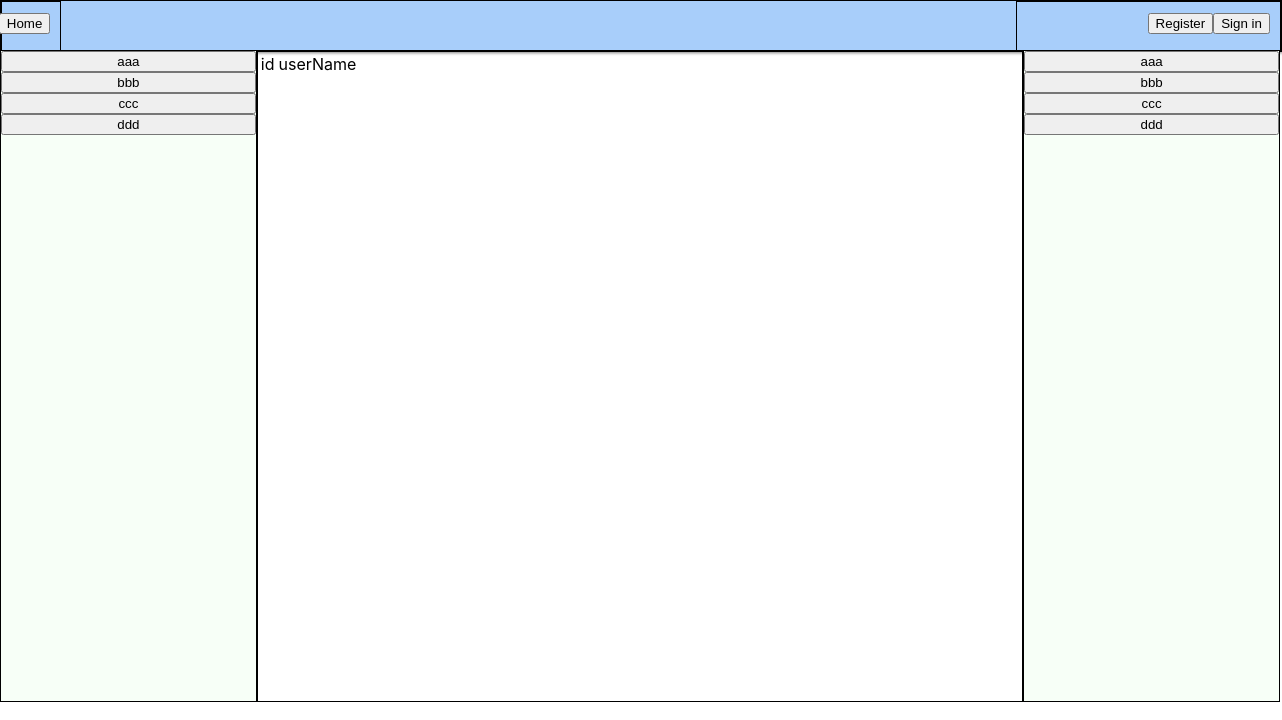
Repository: MichaelSodovski/website-client
Page: /users
An editor plug-in stored every save of this project. The page is shown before and after the next save, followed by the edit.
The browser window is 1280 px wide. The page is 1282 px wide, so the pictures cover 1282 px, including what lies to the right of the window. The pictures show the whole page.
The page's requests for data from a server got no answer. The project was rebuilt for these pictures with package versions that can differ from the ones it lists, and the page was loaded fresh each time. No one was signed in, and anything a server would have sent is missing. Also part of the build but not shown: src/components/home/home.component.jsx, src/components/register/register.component.css, src/components/payment-info/payment.component.css, src/components/payment-info/payment.component.js, src/components/register/register.component.jsx, src/components/signIn/signIn.component.css, src/components/signIn/signIn.component.jsx.

Above is the page before, as saved 2022-05-14 22:14:52.

### public/index.html
<!DOCTYPE html>
<html lang="en">

<head>
    <meta charset="utf-8" />
    <link rel="icon" href="%PUBLIC_URL%/favicon.ico" />
    <meta name="viewport" content="width=device-width, initial-scale=1" />
    <meta name="theme-color" content="#000000" />
    <meta name="description" content="Web site created using create-react-app" />
    <link rel="apple-touch-icon" href="%PUBLIC_URL%/logo192.png" />
    <!--
      manifest.json provides metadata used when your web app is installed on a
      user's mobile device or desktop. See https://developers.google.com/web/fundamentals/web-app-manifest/
    -->
    <link rel="manifest" href="%PUBLIC_URL%/manifest.json" />
    <!--
      Notice the use of %PUBLIC_URL% in the tags above.
      It will be replaced with the URL of the `public` folder during the build.
      Only files inside the `public` folder can be referenced from the HTML.

      Unlike "/favicon.ico" or "favicon.ico", "%PUBLIC_URL%/favicon.ico" will
      work correctly both with client-side routing and a non-root public URL.
      Learn how to configure a non-root public URL by running `npm run build`.
    -->
    <title> site </title>
</head>

<body>
    <noscript>You need to enable JavaScript to run this app.</noscript>
    <div id="root"></div>
    <!--
      This HTML file is a template.
      If you open it directly in the browser, you will see an empty page.

      You can add webfonts, meta tags, or analytics to this file.
      The build step will place the bundled scripts into the <body> tag.

      To begin the development, run `npm start` or `yarn start`.
      To create a production bundle, use `npm run build` or `yarn build`.
    -->
</body>

</html>

### src/index.js
import React from 'react';
import ReactDOM from 'react-dom';
import './index.css';
import App from './App';
import reportWebVitals from './reportWebVitals';
import { BrowserRouter } from 'react-router-dom';

ReactDOM.render(
    <BrowserRouter>
        <React.StrictMode>
            <App />
        </React.StrictMode>
    </BrowserRouter>,
    document.getElementById('root')
);

// If you want to start measuring performance in your app, pass a function
// to log results (for example: reportWebVitals(console.log))
// or send to an analytics endpoint. Learn more: https://bit.ly/CRA-vitals
reportWebVitals();

### src/App.js
import './App.css';
import React from "react";
import { Route, Switch } from 'react-router-dom';
import Home from '../src/components/home/home.component'
import Menu from '../src/components/menu/menu.component';
import Register from '../src/components/register/register.component';
import NavigationBar from '../src/components/navigationBar/navigationBar.component';
import SignIn from '../src/components/signIn/signIn.component'
import Users from '../src/components/users/users.component'

export default function App() {
    return (
        <div className="App">
            <header className="App-header">
                <NavigationBar></NavigationBar>
            </header>
            <div className="layout-flexbox-container">
                <aside className="App-right-side_menu">
                    <Menu></Menu>
                </aside>
                <main className="App-main">
                    <Switch>
                        <Route path="/home">
                            <Home></Home>
                        </Route>
                        <Route path="/register">
                            <Register></Register>
                        </Route>
                        <Route path="/signin">
                            <SignIn></SignIn>
                        </Route>
                        <Route path="/users">
                            <Users></Users>
                        </Route>
                    </Switch>
                </main>
                <aside className="App-left-side_menu">
                    <Menu></Menu>
                </aside>
            </div>
        </div>
    );
}

### src/App.css
.App {
    display: flex;
    flex-direction: column;
}

.App-header {
    width: 100%;
    box-shadow: 3px 3px 3px grey;
    height: 50px;
}

.layout-flexbox-container {
    display: flex;
    flex-direction: row;
    width: 100%;
    height: 100%;
}

.App-main {
    border: 0.01px black solid;
    height: 650px;
    width: 100px;
    flex: 3;
}

.App-left-side_menu {
    display: flex;
    flex-direction: column;
    background-color: #F7FFF7;
    border: 0.01px black solid;
    height: 650px;
    flex: 1;
}

.App-right-side_menu {
    background-color: #F7FFF7;
    border: 0.01px black solid;
    height: 650px;
    flex: 1;
}

### src/components/menu/menu.component.jsx
import '../menu/menu.component.css';

export default function Menu() {

    return (
        <div className="menu-flex-container">
            <button> aaa </button>
            <button> bbb </button>
            <button> ccc </button>
            <button> ddd </button>
        </div>
    );
}

### src/components/navigationBar/navigationBar.component.jsx
import React from 'react';
import '../navigationBar/navigationBar.component.css'
import { Link } from 'react-router-dom';

export default function NavigationBar() {


    return (
        <div className="navBar-main-container">
            <div className="navigationBar-right-form-container">
                <Link to="/home">
                    <button >Home</button>
                </Link>
            </div>
            <div className="navigationBar-left-form-container">
                <Link to="/register">
                    <button>Register</button>
                </Link>
                <Link to="/signin">
                    <button>Sign in</button>
                </Link>
            </div>
        </div>
    );
}

### src/components/users/users.component.jsx
import React from 'react';
import { useEffect, useState } from 'react';

export default function Users() {

    useEffect(() => {
        let usersArr = [];
        fetch('/getUSers').then(response => response.json())
            .then(users => {
                for (var i in users) {
                    usersArr.push(users[i]);
                }
            });
        console.log(usersArr);
    }, [])

    return (
        <div>
            <table>
                <tr>
                    <td>
                        id
                    </td>
                    <td>
                    userName
                    </td>
                </tr>
            </table>
        </div>
    );
}

### src/components/menu/menu.component.css
.menu-flex-container {
    display: flex;
    flex-direction: column;
}

### src/components/navigationBar/navigationBar.component.css
.navBar-main-container {
    display: flex;
    justify-content:space-between;
    border: 1px black solid;
    width: 100%;
    height: 100%;
    background-color: rgb(168, 206, 250);
}

.navigationBar-left-form-container {
    display: flex;
    flex-direction: row;
    justify-content: flex-end;
    border: 1px black solid;
    width: 19%;
    padding: 10px;
}

.navigationBar-right-form-container {
    display: flex;
    flex-direction: row;
    justify-content: flex-end;
    border: 1px black solid;
    width: 3%;
    padding: 10px;
}

Loaded but not shown: src/index.css (common file); src/reportWebVitals.js (common file)

After the next save:
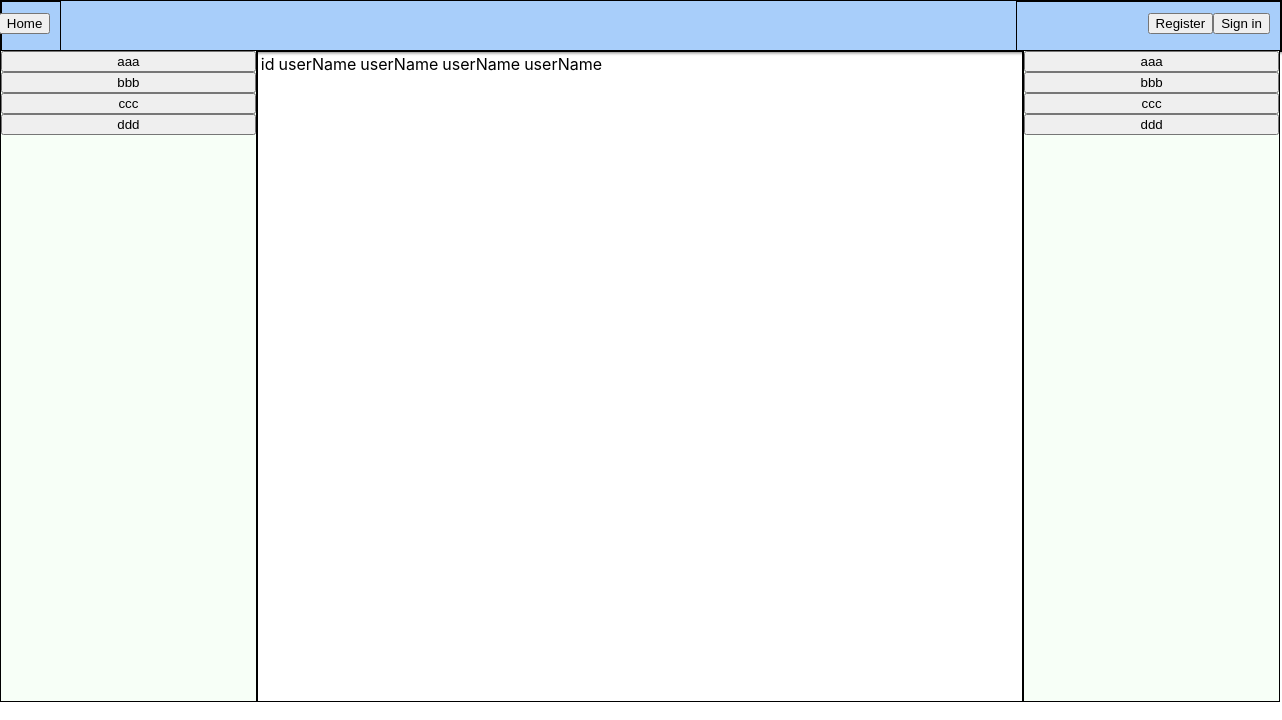
Saved 6 s later.
--- a/src/components/users/users.component.jsx
+++ b/src/components/users/users.component.jsx
@@ -24,6 +24,15 @@ export default function Users() {
                     <td>
                     userName
                     </td>
+                    <td>
+                    userName
+                    </td>
+                    <td>
+                    userName
+                    </td>
+                    <td>
+                    userName
+                    </td>
                 </tr>
             </table>
         </div>
